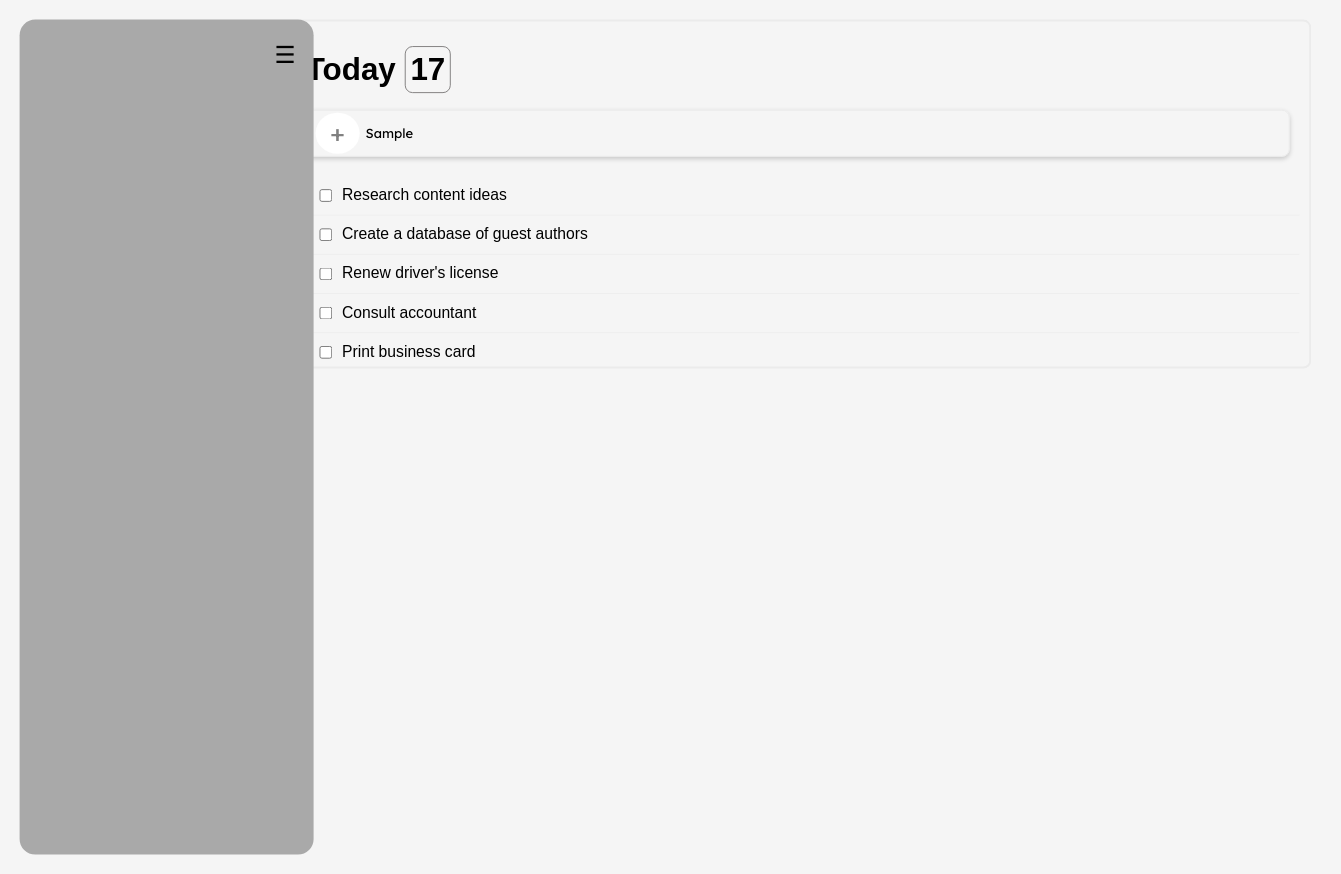
Repository: WeyehnR/Todo-App-e8719e15efb8a3743d14c47aa9ae2115442426d2
Page: Client/index.html
The author's editor kept a copy of each file at every save. The page is drawn from the files as they stood at one save, then again after the next save.
The browser window is 1280 px wide. The page is 1338 px wide, then 1368 px, so the pictures cover 1368 px, including what lies to the right of the window. The pictures show the whole page, at 98% of full size.
Empty fields were first filled with sample values (such as "Sample", 5 or name@example.com).
After loading, the first visible `#ham-menu-toggle` was clicked once.

Above is the page before, as saved 2023-11-17 15:38:34.

### Client/index.html
<!DOCTYPE html>
<html lang="en">
<head>
    <meta charset="UTF-8">
    <meta name="viewport" content="width=device-width, initial-scale=1.0">
    <title>Todo List Application</title>
    <link href="https://fonts.googleapis.com/css2?family=Lexend+Deca&display=swap" rel="stylesheet">
    <link rel="stylesheet" href="styles.css">
</head>
<body>
    <div class="menu-container">
        <div class="hamburger" id="ham-menu-toggle">&#9776;</div>
        <div class="menu-card" id="menu-card">
            <!-- Content of the expanded gray card goes here -->
        </div>
    </div>
    <div class="todo-container">
        <div class="date-header">
          <h1>Today <span id="dayOfMonth"></span></h1>
        </div>
        <div class="add-task">
            <input type="text" placeholder="Add New Task" id="new-task-input">
            <button id="add-task-btn">+</button>
        </div>
        <ul class="todo-list">
            <li><input type="checkbox" id="task-1"><label for="task-1">Research content ideas</label></li>
            <li><input type="checkbox" id="task-2"><label for="task-2">Create a database of guest authors</label></li>
            <li><input type="checkbox" id="task-3"><label for="task-3">Renew driver's license</label></li>
            <li><input type="checkbox" id="task-4"><label for="task-4">Consult accountant</label></li>
            <li><input type="checkbox" id="task-5"><label for="task-5">Print business card</label></li>
        </ul>
    </div>
    <div class="menu-card" id="menu-card">
        <!-- Content of the expanded gray card goes here -->
    </div>
    <script src="main.js"></script>
</body>
</html>

### Client/styles.css

body {
    font-family: 'Arial', sans-serif;
    background-color: whitesmoke;
    margin: 0;
    padding: 20px;
}

.todo-container {
    top: 20px;
    left: 80px;
    right: 80px;
    width: 1038px;
    height: 356px;
    position: absolute;
    background-color: rgba(250,250,250,0);
    border-radius: 8px;
    border: 2px solid #ebebeb;
    box-sizing: border-box;
    padding: 10px;
    flex-grow: 1;
    transition: margin-left 0.3s ease; /* Add a transition for smooth shifting */
}

/* Shift the todo-container when the menu card is expanded */
.todo-container.expanded {
    margin-left: 320px; /* Match the width of the menu card */
    top: 20px;
    left: -20px;
}

#dayOfMonth {
    border: 1px solid #838181;
    border-radius: 8px;
    padding: 5px;
}

.header {
    display: flex;
    align-items: center;
}
/* Style for the hamburger icon */
.hamburger {
    position:absolute;
    font-size: 24px; /* Adjust the size as needed */
    top: 40px; /* Adjust the top position for the icon */
    left: 25px; /* Adjust the left position for the icon */
    cursor: pointer;
    font-family: 'Lexend Deca';
    z-index: 2;
}

.hamburger.expanded {
    top: 40px; /* Align with the top of the expanded menu card */
    left: 280px; /* Align with the left of the expanded menu card */
}


.menu-container{
    display: flex;
}

/* Style for the gray menu card */
.menu-card {
    width: 0; /* Initially hidden */
    height: 100%;
    overflow: hidden;
    transition: width 0.3s ease; /* Add a transition for smooth expansion */
    z-index: 1; /* Ensure the menu card is above other content */
}

/* Style for the content within the menu card */
.menu-card-content {
    padding: 20px;
    /* Add additional styling as needed for the expanded card content */
}

/* Adjust the width when the menu card is expanded */
.menu-card.expanded {
    width: 300px; /* Adjust the width as desired */
    background-color: darkgray; /* Adjust the text color as desired */
    top: 24px;
    left: 24px;
    height: 852px;
    border-radius: 16px;
}



.header h1 {
    margin: 0;
    font-size: 24px;
}

.header span {
    color: #888;
}

.add-task input {
    width: 100%;
    padding: 10px;
    margin-bottom: 20px;
    border: 1px solid #ddd;
    box-sizing: border-box;
}

.todo-list {
    list-style: none;
    padding: 0;
    margin: 0;
}

.todo-list li {
    padding: 10px;
    border-bottom: 1px solid #eee;
    display: flex;
    align-items: center;
}

.todo-list li:last-child {
    border-bottom: none;
}

input[type="checkbox"] {
    margin-right: 10px;
}

/* You can add more styles for checked tasks or interactive states */

/* ... other styles ... */

.add-task {
    display: flex;
    align-items: center;
    position: relative; /* Add this line */
}

.add-task input[type="text"] {
    top: 120px;
    left: 378px;
    width: 1038px;
    height: 48px;
    background-color: rgba(250,250,250,0);
    border-radius: 8px;
    border: 1px solid #ebebeb;
    box-sizing: border-box;
    flex-grow: 1;
    padding: 10px;
    padding-left: 60px; /* Add space for the button */
    margin-right: 10px;
    box-shadow: 0 2px 5px rgba(0, 0, 0, 0.2);
    font-family: 'Lexend Deca';
}


.add-task button {
    position: absolute; /* Add this line */
    left: 10px; /* Adjust as needed */
    top: 35%;
    transform: translateY(-50%); /* This centers the button vertically */
    display: flex;
    justify-content: center;
    align-items: center;
    padding: 1px 15px;
    border: none;
    border-radius: 50%; /* This creates the round shape for the button */
    background-color: rgb(255, 255, 255); /* Replace with the desired button color */
    color: gray;
    font-size: 25px;
    cursor: pointer;
    font-family: 'Lexend Deca';
}

/* ... rest of the styles ... */

/* Styles to ensure the input and button are aligned properly */
.add-task input[type="text"], .add-task button {

    line-height: 40px; /* Adjust line height to vertically center the text */
}

/* Adding some interactivity to the button */
.add-task button:hover {
    background-color: rgb(185, 181, 181); /* Darker shade when hovering */
}

/* ... additional styles and responsive adjustments ... */

### Client/main.js
const getElementById = (element) => document.getElementById(element);
const querySelector = (element) => document.querySelector(element);
document.addEventListener("DOMContentLoaded", function () {
    // Your JavaScript code here
    const currentDate = new Date();
    const dayOfMonth = currentDate.getDate();
    const dayOfMonthElement = getElementById("dayOfMonth");
    dayOfMonthElement.textContent = dayOfMonth;
});

// Get references to the hamburger icon, menu card, and todo-container
const hamburger = document.getElementById("ham-menu-toggle");
const menuCard = document.getElementById("menu-card");
const todoContainer = document.querySelector(".todo-container");

// Add a click event listener to toggle the menu card's expanded state
hamburger.addEventListener("click", () => {
  menuCard.classList.toggle("expanded");
  todoContainer.classList.toggle("expanded");
  hamburger.classList.toggle("expanded");
});

After the next save:
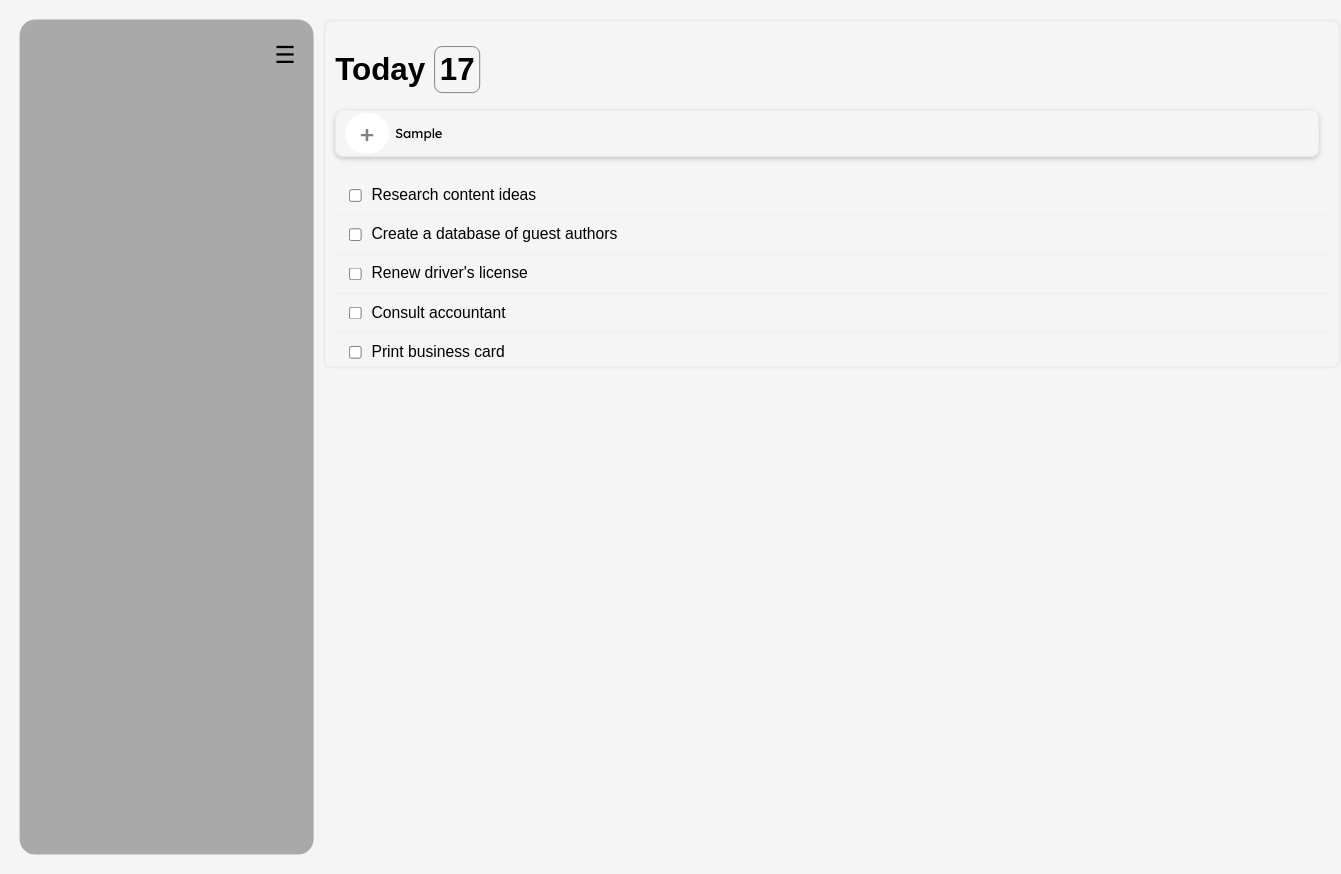
Saved 4 s later.
--- a/Client/styles.css
+++ b/Client/styles.css
@@ -26,7 +26,7 @@ body {
 .todo-container.expanded {
     margin-left: 320px; /* Match the width of the menu card */
     top: 20px;
-    left: -20px;
+    left: 10px;
 }
 
 #dayOfMonth {
